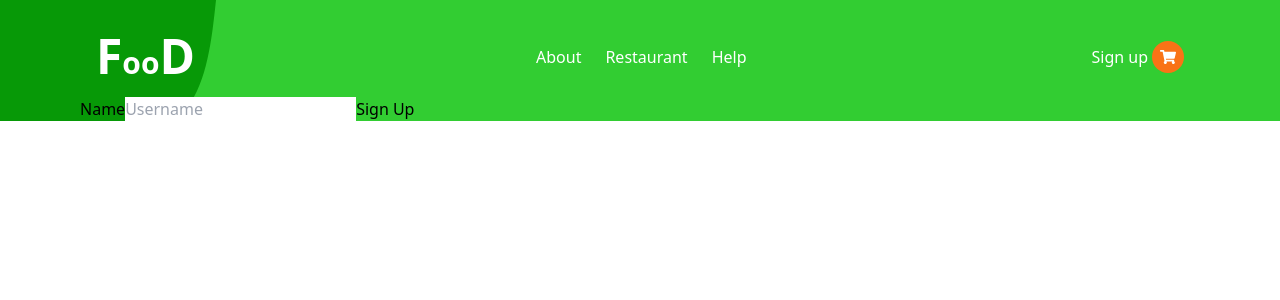
Repository: KhushiCode14/FoodWeb
Page: /signUp (app in frontend/)
These files come from the project's save history. The page is drawn as it stood at one moment and after the next save; the edit follows.
The browser window is 1280 px wide. The pictures show the whole page.
The project was rebuilt for these pictures with package versions that can differ from the ones it lists, and the page was loaded fresh each time. Also part of the build but not shown: frontend/src/Pages/Home.tsx, frontend/src/components/Home/SignIn.tsx, frontend/src/components/Home/Cart.tsx.

Above is the page before, as saved 2024-09-20 19:13:49.

After the next save:
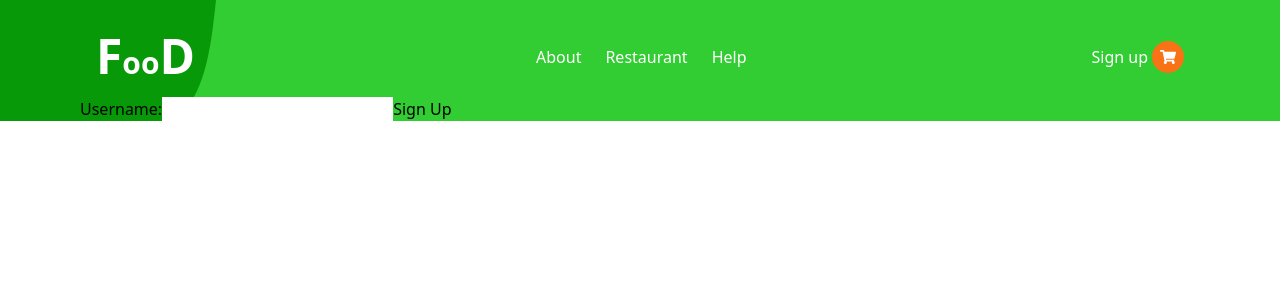
Saved 2 min 6 s later.
--- a/frontend/src/components/Home/SignUp.tsx
+++ b/frontend/src/components/Home/SignUp.tsx
@@ -4,9 +4,8 @@ const SignUp = () => {
   return (
     <div className="bg-inherit">
  <form>
-  <label htmlFor="name" >Name
-  <input type="text" placeholder="Username" />
-  </label>
+ <label htmlFor="username">Username:</label>
+ <input type="text" id="username" />
 
   <button type="submit">Sign Up</button>
  </form>
